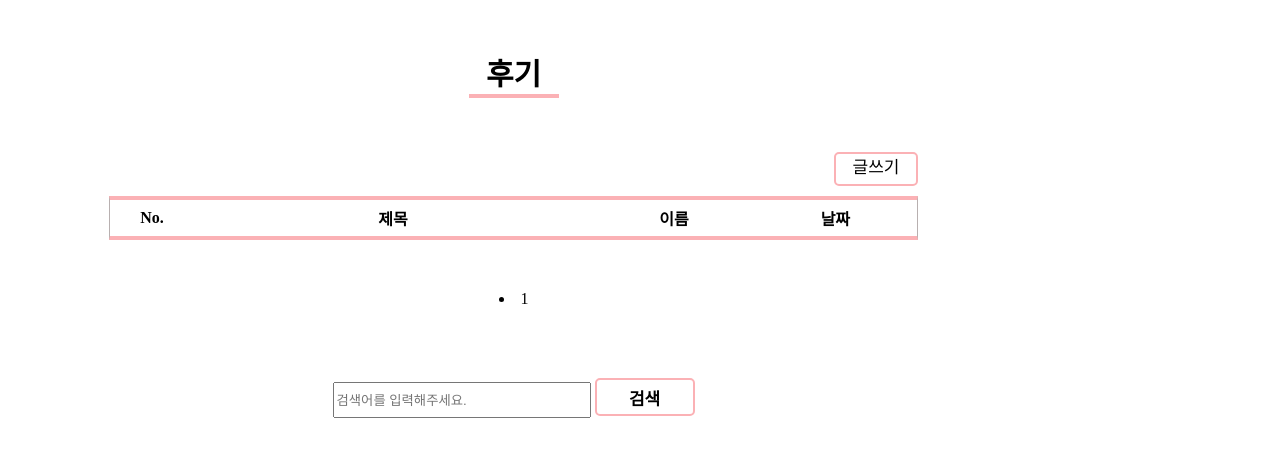
Repository: seugju/HSDsemi
Page: http://localhost/studioMood/postList?reqPage=1
The author's editor kept a copy of each file at every save. The page is drawn from the files as they stood at one save, then again after the next save.
The browser window is 1280 px wide. The pictures show the whole page.
The page is served by Tomcat 9. Queries for data that is not in the repository find no rows.

Above is the page before, as saved 2020-11-25 06:25:10.

After the next save:
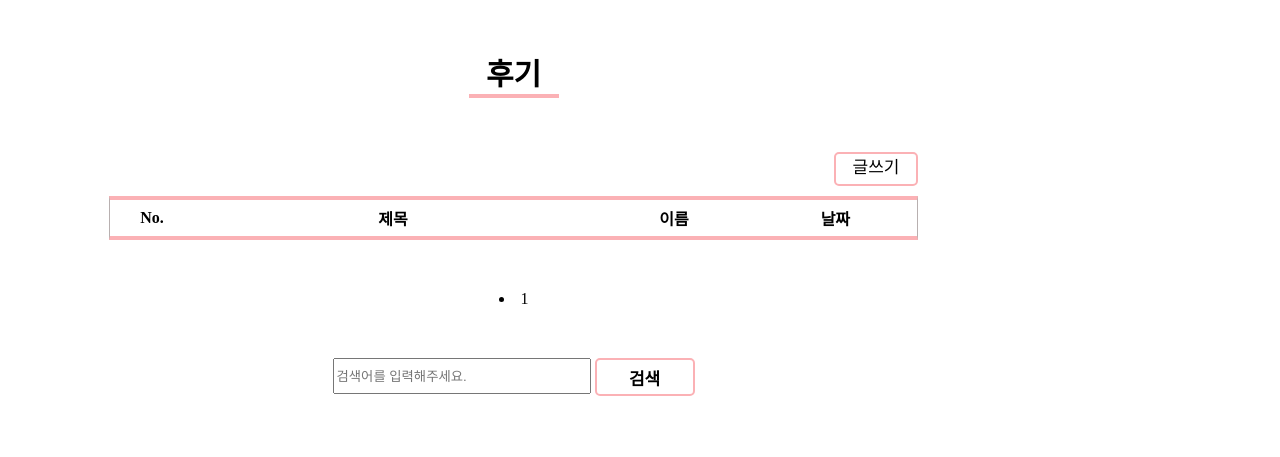
Saved 26 s later.
--- a/project-workspace/studioMood/WebContent/WEB-INF/views/post/postList.jsp
+++ b/project-workspace/studioMood/WebContent/WEB-INF/views/post/postList.jsp
@@ -77,7 +77,7 @@
             height: 30px;
         }
         .btn-post{
-            margin-top: 20px;
+            vertical-align:middle;
             width: 100px;
             height: 38px;
             font-weight: bold;
